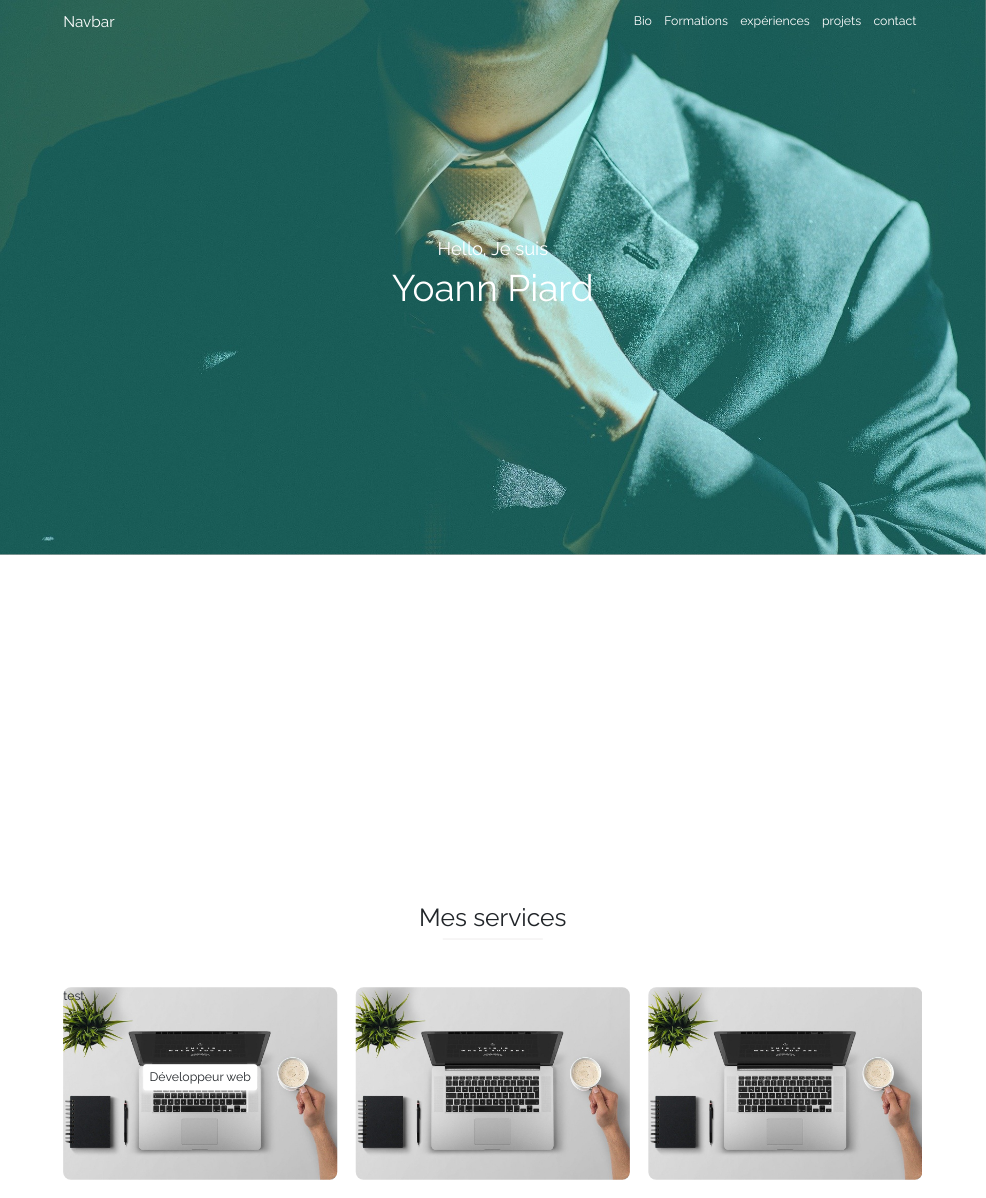
Repository: ypiard85/port-folio-bootstrap-yoann-2021
Page: index.html
An editor plug-in stored every save of this project. The page is shown before and after the next save, followed by the edit.
The browser window is 1280 px wide. The pictures show the whole page, at 77% of full size.

Above is the page before, as saved 2021-03-09 15:46:46.
Console error: TypeError: window.onload is not a function

### index.html
<!DOCTYPE html>
<html lang="en">
  <head>
    <meta charset="UTF-8" />
    <meta http-equiv="X-UA-Compatible" content="IE=edge" />
    <meta name="viewport" content="width=device-width, initial-scale=1.0" />
    <link rel="stylesheet" href="https://use.fontawesome.com/releases/v5.15.2/css/all.css" integrity="sha384-vSIIfh2YWi9wW0r9iZe7RJPrKwp6bG+s9QZMoITbCckVJqGCCRhc+ccxNcdpHuYu" crossorigin="anonymous">    <!-- CSS only -->
    <link rel="stylesheet" href="./resource/style.css" />
    <link
      href="https://cdn.jsdelivr.net/npm/bootstrap@5.0.0-beta2/dist/css/bootstrap.min.css"
      rel="stylesheet"
      integrity="sha384-BmbxuPwQa2lc/FVzBcNJ7UAyJxM6wuqIj61tLrc4wSX0szH/Ev+nYRRuWlolflfl"
      crossorigin="anonymous"
    />
    <title>Document</title>
  </head>
  <body>
    <nav class="navbar position-fixed w-100 navbar-expand-lg navbar-light">
      <div class="container">
        <a class="navbar-brand" href="#">Navbar</a>
        <button
          class="navbar-toggler"
          type="button"
          data-bs-toggle="collapse"
          data-bs-target="#navbarNav"
          aria-controls="navbarNav"
          aria-expanded="false"
          aria-label="Toggle navigation"
        >
          <span class="navbar-toggler-icon"></span>
        </button>
        <div class="collapse navbar-collapse" id="navbarNav">
          <ul class="navbar-nav">
            <li class="nav-item">
              <a class="nav-link active" aria-current="page" href="#bio">Bio</a>
            </li>
            <li class="nav-item">
              <a class="nav-link" href="#formation">Formations</a>
            </li>
            <li class="nav-item">
              <a class="nav-link" href="#experience">expériences</a>
            </li>
            <li class="nav-item">
              <a class="nav-link" href="#projet">projets</a>
            </li>
            <li class="nav-item">
              <a class="nav-link" href="#contact">contact</a>
            </li>
          </ul>
        </div>
      </div>
    </nav>

    <header
      class="container-fluid flex-column
          d-flex align-items-center justify-content-center"
    >
      <h4>Hello, Je suis</h4>
      <h1>Yoann Piard</h1>
    </header>

    <section class="about_me in container">
      <div class="about_card rounded shadow-lg">
        <div class="container">
          <div class="row">
            <div class="col-md-6  col-sm-12 p-3 p-sm-4 align-self-center">
              <h2 class="mb-4" >A propos de moi</h2>
              <p>
                Passionné par l'informatique depuis mon plus jeune âge, je me
                suis tout naturellement orienté vers dans le secteur du
                développement web et logiciel. Depuis 2019, je mets mon savoir
                auprès d'associations et entreprises, les aidant à augmenter
                leurs visibilités sur internet. Aujourd'hui, je cherche à
                intégrer une entreprise afin de travailler sur des projets
                concrets et de monter en compétence.
              </p>
              <ul class="d-flex">
                  <li><a href=""><i class="fab fa-instagram"></i></a></li>
                  <li><a href=""><i class="fab fa-linkedin-in"></i></a></li>
                  <li><a href=""><i class="fab fa-github"></i></a></li>
              </ul>
            </div>
            <div class="col-md-6 col-sm-12 p-3 p-sm-5 d-none d-md-block">
              <img class="img-fluid img-thumbnail" src="./resource/image/yoann_piard.png" alt="" />
            </div>
          </div>
        </div>
      </div>
    </section>

    <section class="my_work">
        <div class="container">
            <h2 class="ttile_section text-center mb-5">Mes services</h2>
            <div class="row pt-4 pb-4">
                <div class="col-md-4">
                    <div class="service_card" style="background-image: url('./resource/services/laptop-1209008_1280.jpg')">
                        <div class="service_btn"><p class="rounded">Développeur web</p></div>
                        <div class="service_hover"><p>test</p></div>
                    </div>
                </div>
                <div class="col-md-4">
                    <div class="service_card" style="background-image: url('./resource/services/laptop-1209008_1280.jpg')"></div>

                </div>
                <div class="col-md-4">
                    <div class="service_card" style="background-image: url('./resource/services/laptop-1209008_1280.jpg')"></div>

                </div>
            </div>
        </div>
    </section>

    <!-- JavaScript Bundle with Popper -->
    <script
      src="https://cdn.jsdelivr.net/npm/bootstrap@5.0.0-beta2/dist/js/bootstrap.bundle.min.js"
      integrity="sha384-b5kHyXgcpbZJO/tY9Ul7kGkf1S0CWuKcCD38l8YkeH8z8QjE0GmW1gYU5S9FOnJ0"
      crossorigin="anonymous"
    ></script>
    <script src="https://unpkg.com/scrollreveal"></script>
    <script src="./resource/scrollreveal.js"></script>
    <script src="./resource/app.js"></script>
    <script>window.onload(scrollEffect()) </script>
  </body>
</html>

### resource/style.css
@import url('https://fonts.googleapis.com/css2?family=Raleway&display=swap');

*{
    transition: 0.3s;
}

body{
    font-family: 'Raleway', sans-serif!important;
}


.navbar-collapse{
    flex-grow: 0!important;
}

nav a{
    color: white!important;
}

header{
    height: 100vh;
    background: gray;
    background-image: linear-gradient(90deg, rgba(0,231,249,0.2780462526807598) 100%, rgba(0,4,24,0.4405112386751575) 74%), url('./image/about-section.jpg');
    background-repeat: no-repeat;
    background-size: cover;
    background-position: top center;
    color: white;
}

header h1{
    font-weight: normal;
    font-size: 3em;
}

.about_card{
    margin: auto;
    width: 900px;
    max-width: 100%;
    background-color: white;
}

.about_card a{
    font-family: Arial!important;
}

.about_me h2{
    font-weight: bold;
}

.about_card img{
    width: 100%;
    border-radius: 50%;
}

.about_card ul{
    list-style: none;
    padding: 0;
}

.about_card i{
    font-size: 1em;
    color: black;
}

.about_card{
    line-height: 2em;
}

.about_card li{
    margin-right: 10px;
}

.in{
    transform: translateY(-200px);
}

.ttile_section{
    position: relative;
}

.ttile_section::after{
    content: '';
    position: absolute;
    width: 130px;
    height: 1px;
    background-color: rgb(233, 231, 231);
    bottom: -10px;
    left:0;
    right: 0;
    margin: auto;
}

.service_card{
    height: 250px;
    background-position: center;
    background-size: cover;
    border-radius: 10px;
    position: relative;
}

.service_btn{
    display: flex;
    justify-content: center;
    height: 100%;
    align-items: center;

}

.service_btn p{
    background-color: white;
    padding: 5px 8px;
    box-shadow: -1px 2px 5px 1px rgba(255, 255, 255, 0.7),
    -1px 2px 20px rgba(255, 255, 255, 0.6) inset;
}

.service_hover{
    position: absolute;
    top:0;
    bottom:0;
}

### resource/scrollreveal.js
function scrollEffect(){


    ScrollReveal().reveal('.about_me', {
        delay: 150,
        duration: 1000,
        reset: true,
        origin: 'bottom',
        distance: '30%'
    });

}

### resource/app.js
ScrollReveal().reveal('.about_me', {
    delay: 250,
    duration: 1000,
    reset: true,
    origin: 'bottom',
    distance: '20%'
});

After the next save:
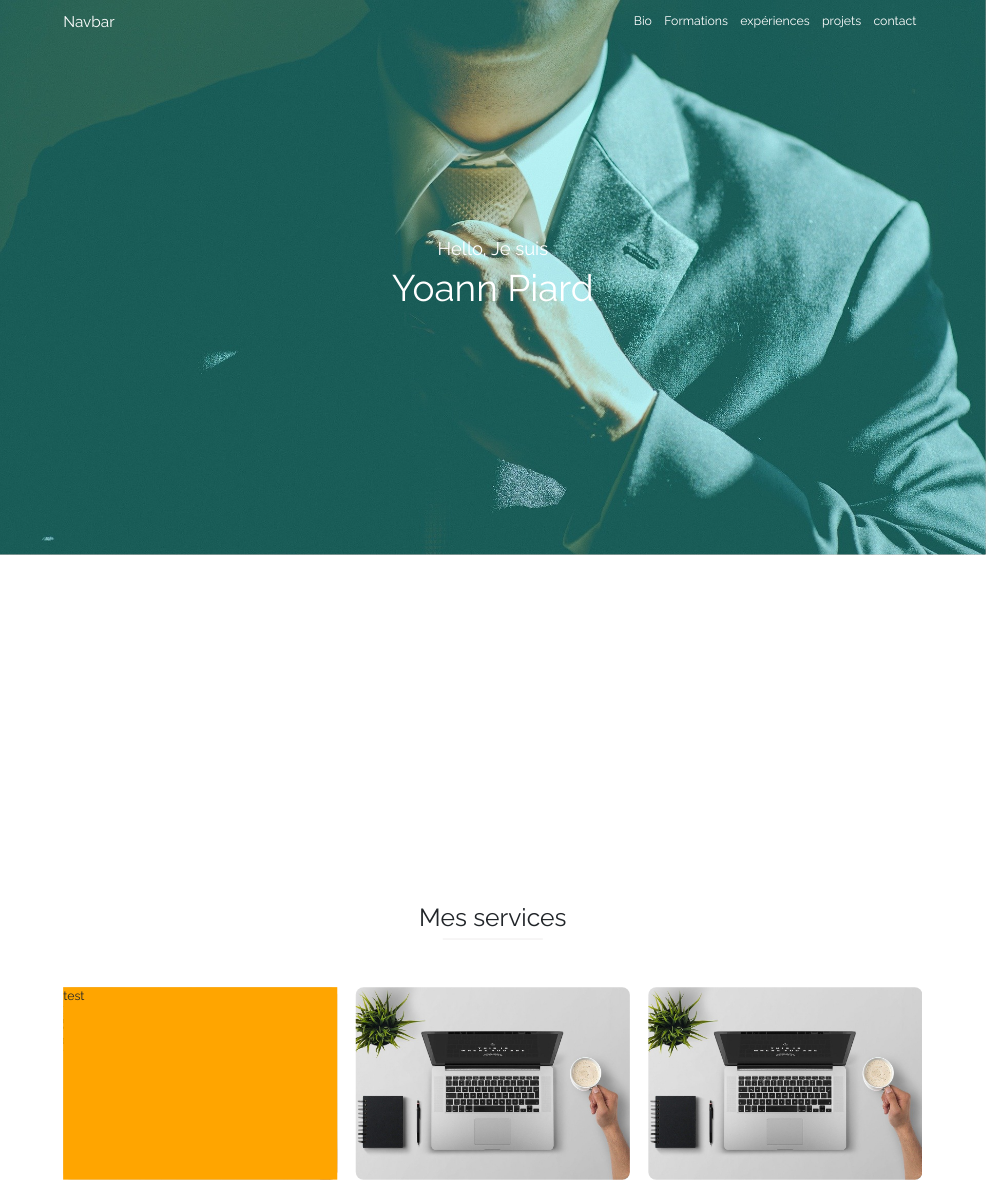
Saved 15 s later.
--- a/resource/style.css
+++ b/resource/style.css
@@ -117,4 +117,7 @@ header h1{
     position: absolute;
     top:0;
     bottom:0;
+    left:0;
+    right:0;
+    background-color: orange;
 }
